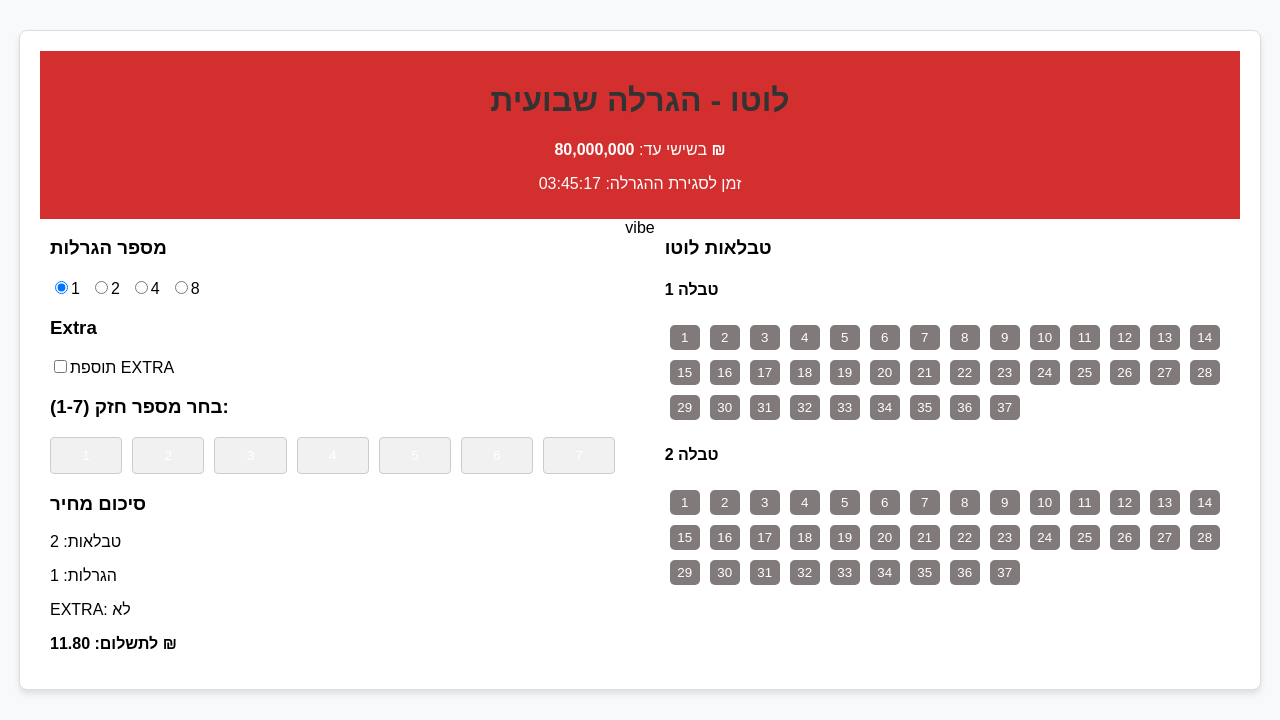
Repository: Giltih/LottoForm1
Page: /
An editor plug-in stored every save of this project. The page is shown before and after the next save, followed by the edit.
The browser window is 1280 px wide. The pictures show the whole page.
The project was rebuilt for these pictures with package versions that can differ from the ones it lists, and the page was loaded fresh each time. Also part of the build but not shown: vite.config.ts.

Above is the page before, as saved 2025-02-09 20:30:46.

After the next save:
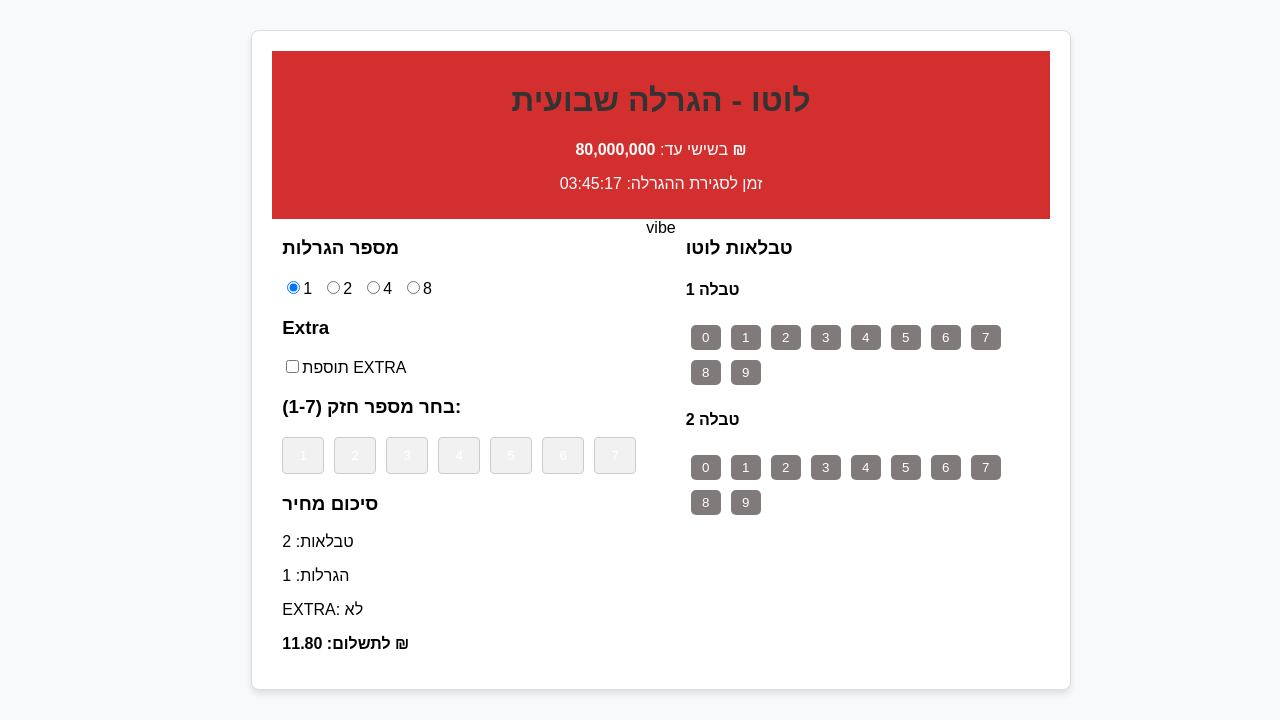
Saved 22 s later.
--- a/src/components/LottoForm.tsx
+++ b/src/components/LottoForm.tsx
@@ -7,7 +7,7 @@
 }
 
 const LottoForm: React.FC<Props> = ({ tableCount, selectedNumbers, onNumberSelect }) => {
-  const numbers = Array.from({ length: 37 }, (_, i) => i + 1); // מספרים 1-37
+  const numbers = [...Array(10).keys()].map(x => x++);Array.from({ length: 37 }, (_, i) => i + 1); // מספרים 1-37
 
   return (
     <div>

After the 4 saves that followed:
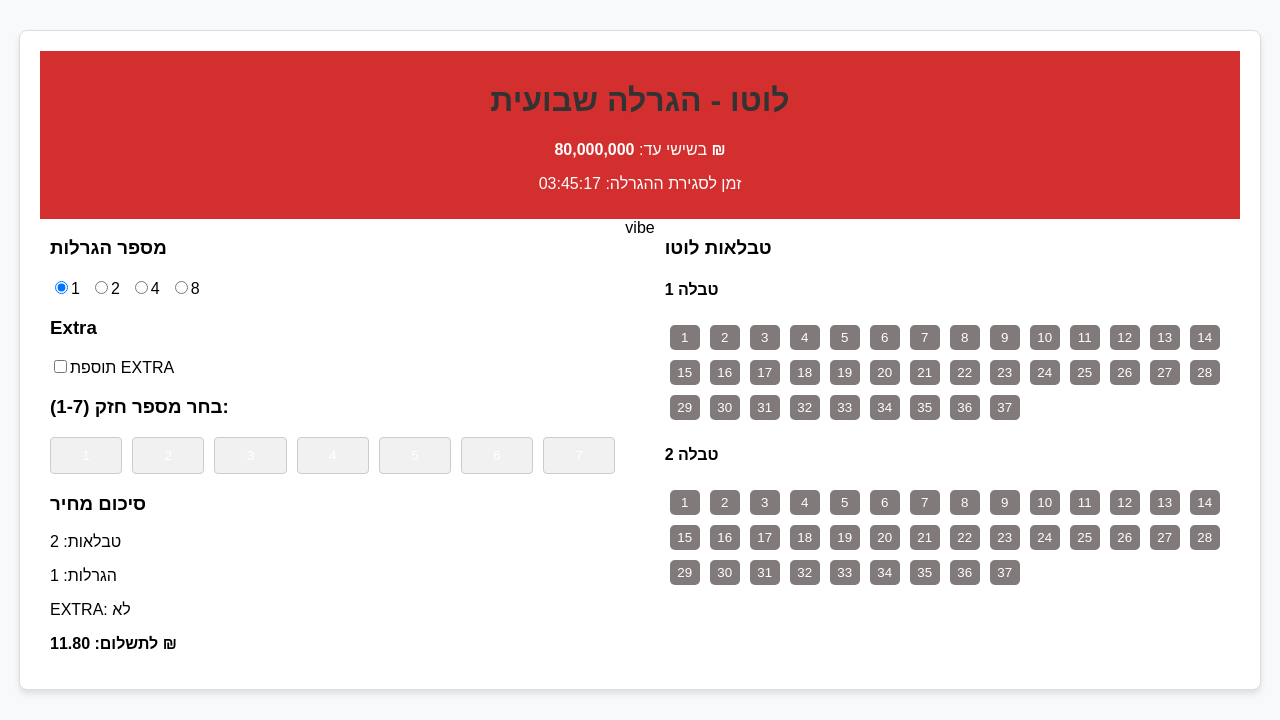
The 4 saves are shown as one change because 1 did not build or start and some came seconds apart.
The last was saved 52 s later.
--- a/src/components/LottoForm.tsx
+++ b/src/components/LottoForm.tsx
@@ -7,7 +7,7 @@
 }
 
 const LottoForm: React.FC<Props> = ({ tableCount, selectedNumbers, onNumberSelect }) => {
-  const numbers = [...Array(10).keys()].map(x => x++);Array.from({ length: 37 }, (_, i) => i + 1); // מספרים 1-37
+  const numbers = Array.from({ length: 37 }, (_, i) => i + 1); // מספרים 1-37
 
   return (
     <div>
